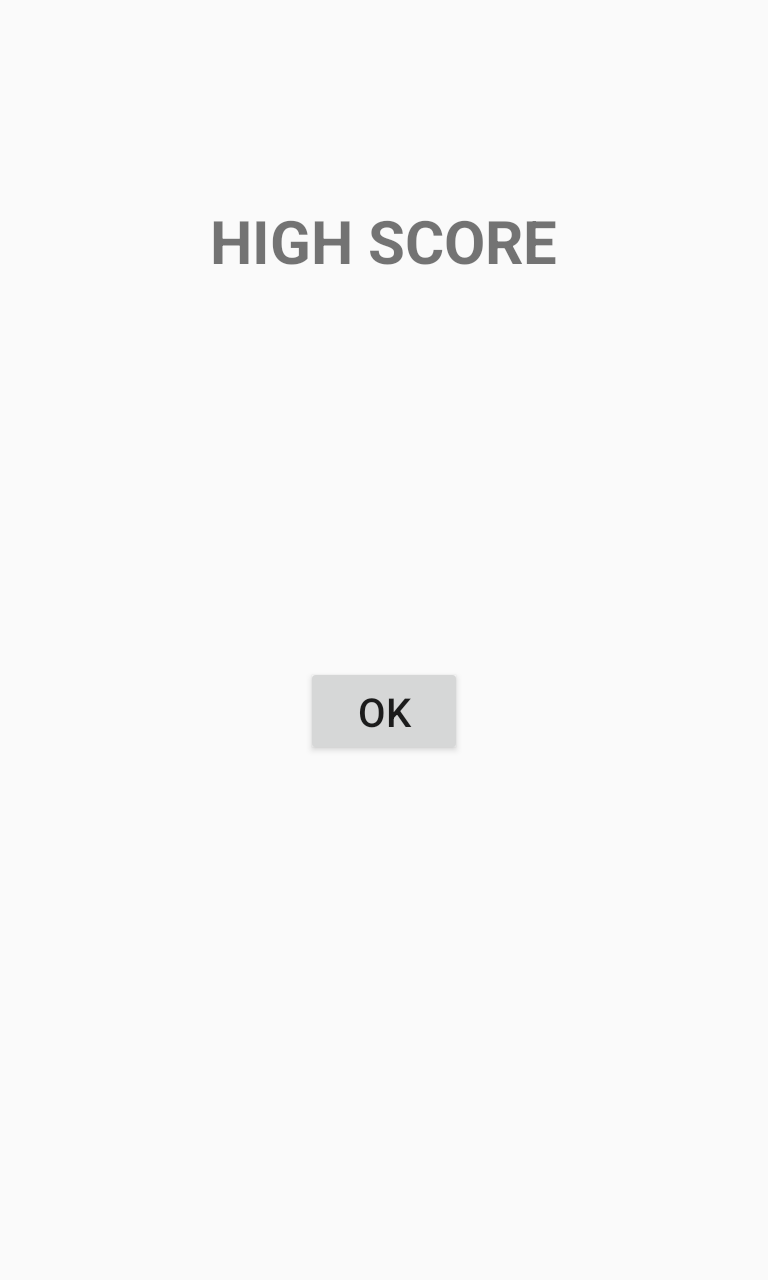
Repository: JoanneCaroll/Mathbomb
Layout: MathBomb/res/layout/activity_highscore.xml
An editor plug-in stored every save of this project. The layout is shown before and after the next save, followed by the edit.
It is drawn on a 768 x 1280 px phone screen (xhdpi) without system bars, with theme AppTheme; the app's code is not run.

Above is the layout before, as saved 2014-11-13 04:27:15.

### MathBomb/res/layout/activity_highscore.xml
<?xml version="1.0" encoding="utf-8"?>
<LinearLayout
    xmlns:android="http://schemas.android.com/apk/res/android"
    android:layout_width="match_parent"
    android:layout_height="match_parent"
    android:orientation="vertical" >

    <TextView
        android:paddingTop="100dp"
        android:paddingBottom="30dp"
        android:layout_gravity="center"
        android:id="@+id/highscoreshow"
        android:layout_width="wrap_content"
        android:layout_height="wrap_content"
        android:textSize="30dp"
        android:textStyle="bold"
        android:text="@string/highscoretitle" />

    <TextView
        android:layout_gravity="center"
        android:id="@+id/easy"
            android:layout_width="wrap_content"
            android:layout_height="wrap_content"
            android:textSize="20dp"
            android:textStyle="bold"
            android:paddingBottom="10dp"/>

    <LinearLayout
        android:layout_width="match_parent"
        android:layout_height="wrap_content"
        android:orientation="horizontal"
        android:gravity="center"
        android:paddingBottom="50dp" >

        <TextView
            android:id="@+id/score"
            android:layout_width="wrap_content"
            android:layout_height="wrap_content"
            android:textSize="20dp"
            android:paddingRight="50dp" />
        <TextView
            android:id="@+id/date"
            android:layout_width="wrap_content"
            android:layout_height="wrap_content"
            android:textSize="20dp"
            android:padding="5dp" />

   </LinearLayout>

   <TextView
        android:layout_gravity="center"
        android:id="@+id/normal"
            android:layout_width="wrap_content"
            android:layout_height="wrap_content"
            android:textSize="20dp"
            android:textStyle="bold"
            android:paddingBottom="10dp"/>

   <Button
        android:layout_gravity="center"
       	android:id="@+id/ok_highscore"
        android:layout_width="80dp"
        android:layout_height="wrap_content"
        android:textSize="20dp"
        android:text="@string/ok"
        android:padding="10dp" />

</LinearLayout>

### MathBomb/res/values/strings.xml
<?xml version="1.0" encoding="utf-8"?>
<resources>

    <string name="app_name">MathBomb</string>
    <string name="action_settings">Settings</string>
    <string name="score">Score: </string>
    <string name="timeleft">Time Left: </string>
    <string name="highscore">High Score: </string>
    <string name="highscoretitle">HIGH SCORE</string>
    <string name="ok">Ok</string>
	<string name="setRange">Choose Range of Numbers: </string>

	<string name="menuplay">Play!</string>
	<string name="menuhighscore">High Score</string>
	<string name="menuhowtoplay">How to Play</string>
	<string name="menusettings">Settings</string>
	<string name="menuexit">Exit</string>

</resources>

Loaded but not shown: MathBomb/res/values/styles.xml (common file); MathBomb/res/values-v11/styles.xml (common file); MathBomb/res/values-v14/styles.xml (common file)

After the next save:
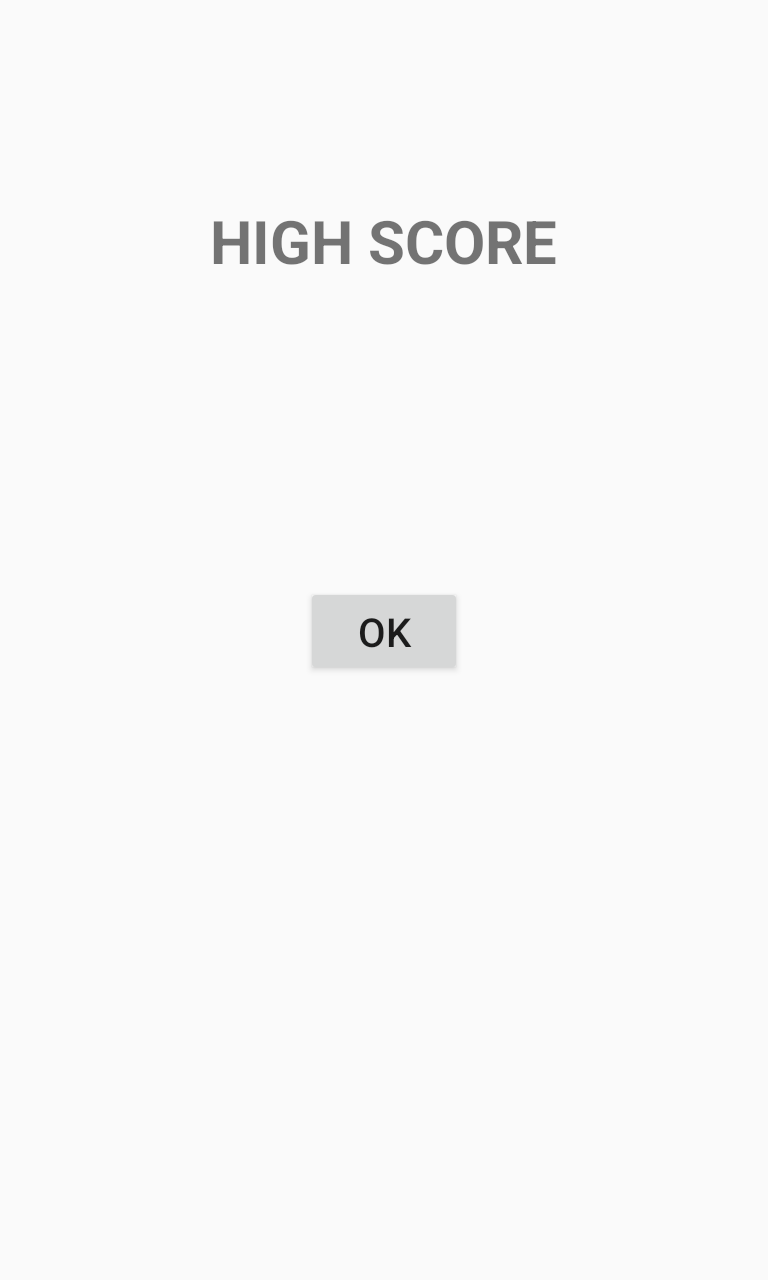
Saved 18 s later.
--- a/MathBomb/res/layout/activity_highscore.xml
+++ b/MathBomb/res/layout/activity_highscore.xml
@@ -30,7 +30,7 @@
         android:layout_height="wrap_content"
         android:orientation="horizontal"
         android:gravity="center"
-        android:paddingBottom="50dp" >
+        android:paddingBottom="10dp" >
 
         <TextView
             android:id="@+id/score"
